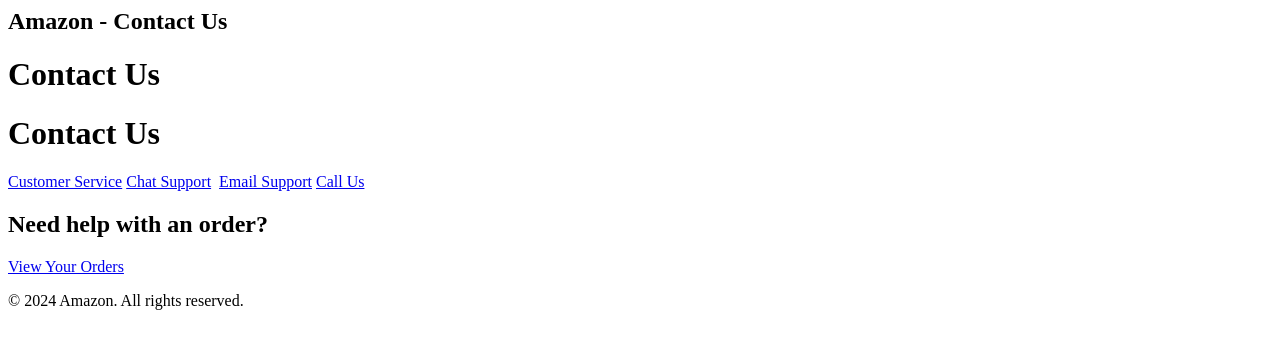
Repository: Lathadasari3010/SoftwareExamples
Page: SpringBoot/src/main/resources/static/contact-us.html
The author's editor kept a copy of each file at every save. The page is drawn from the files as they stood at one save, then again after the next save.
The browser window is 1280 px wide. The pictures show the whole page.

Above is the page before, as saved 2024-12-19 10:15:04.

### SpringBoot/src/main/resources/static/contact-us.html
<html>
	<body>
	    <div>
	        <h2>Amazon - Contact Us</h2>
	    </div>
	    <div>
	        <h1>Contact Us</h1>
			<div class="contact-us-page">
			        <h1 class="contact-us-header">Contact Us</h1>
			        <div class="contact-options">
			            <a class="contact-link" href="/help/customer-service">Customer Service</a>
			            <a class="contact-link" href="/help/chat-support">Chat Support</a>&nbsp;
			            <a class="contact-link" href="/help/email-support">Email Support</a>
			            <a class="contact-link" href="/help/call-support">Call Us</a>
			        </div>
			        <div class="help-section">
			            <h2 class="help-header">Need help with an order?</h2>
			            <a class="order-help-link" href="/orders">View Your Orders</a>
			        </div>
			    </div
	    <div>
	        <p>&copy; 2024 Amazon. All rights reserved.</p>
	    </div>
	</body>
</html>

After the next save:
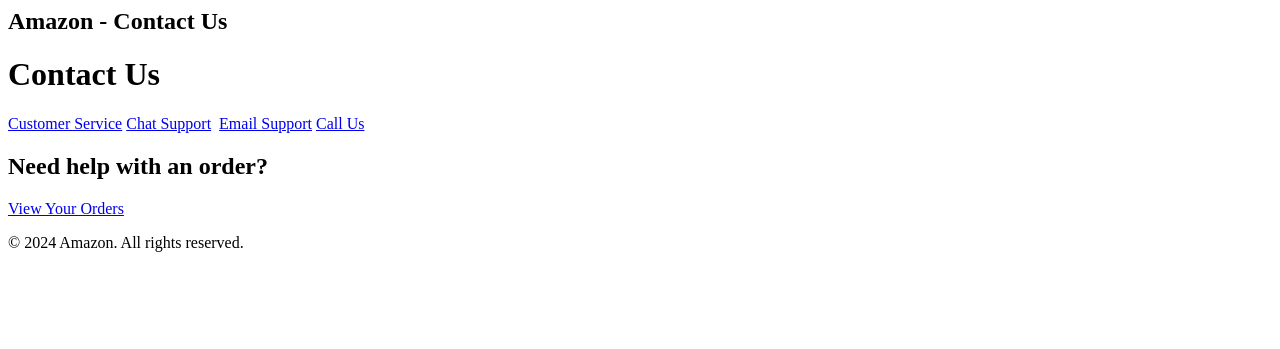
Saved 25 s later.
--- a/SpringBoot/src/main/resources/static/contact-us.html
+++ b/SpringBoot/src/main/resources/static/contact-us.html
@@ -4,7 +4,6 @@
 	        <h2>Amazon - Contact Us</h2>
 	    </div>
 	    <div>
-	        <h1>Contact Us</h1>
 			<div class="contact-us-page">
 			        <h1 class="contact-us-header">Contact Us</h1>
 			        <div class="contact-options">
